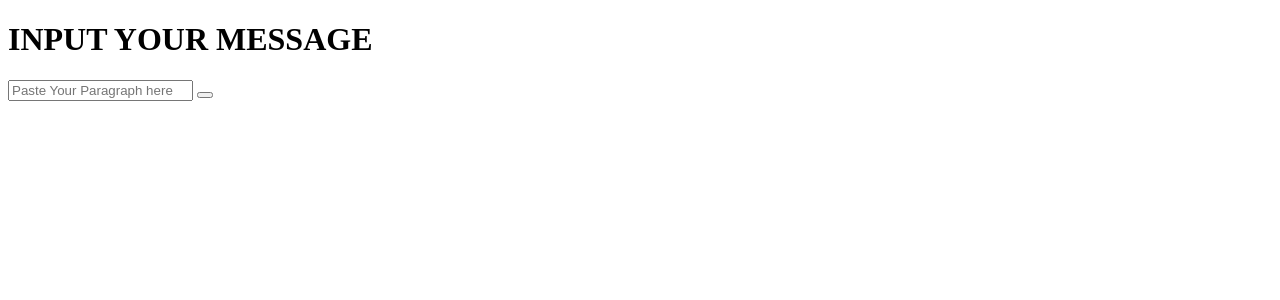
Repository: SharonSebastian32/Paragraph_management_application
Page: index.html
The author's editor kept a copy of each file at every save. The page is drawn from the files as they stood at one save, then again after the next save.
The browser window is 1280 px wide. The pictures show the whole page.

Above is the page before, as saved 2024-08-22 14:28:48.

### index.html
<!DOCTYPE html>
<html lang="en">
  <head>
    <meta charset="UTF-8" />
    <meta name="viewport" content="width=device-width, initial-scale=1.0" />
    <title>Document</title>
  </head>
  <body>
    <div class="container">
      <h1>INPUT YOUR MESSAGE</h1>
      <input
        type="textarea"
        name=""
        id=""
        placeholder="Paste Your Paragraph here"
      />
      <button></button>
    </div>
  </body>
</html>

After the next save:
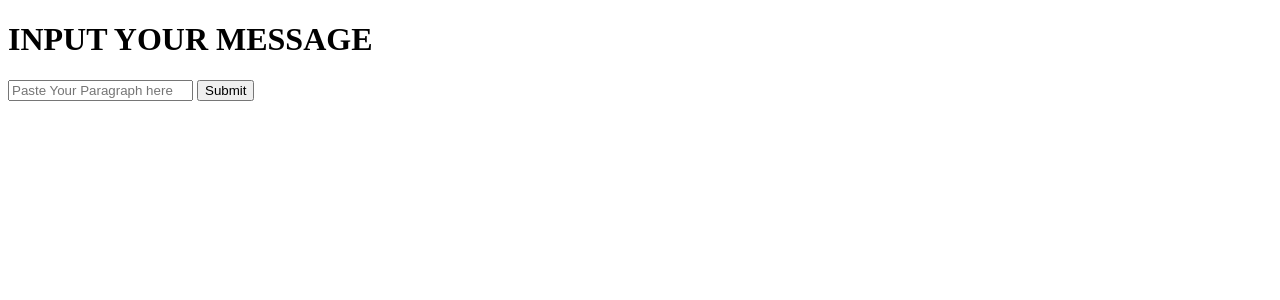
Saved 4 s later.
--- a/index.html
+++ b/index.html
@@ -14,7 +14,7 @@
         id=""
         placeholder="Paste Your Paragraph here"
       />
-      <button></button>
+      <button>Submit</button>
     </div>
   </body>
 </html>
